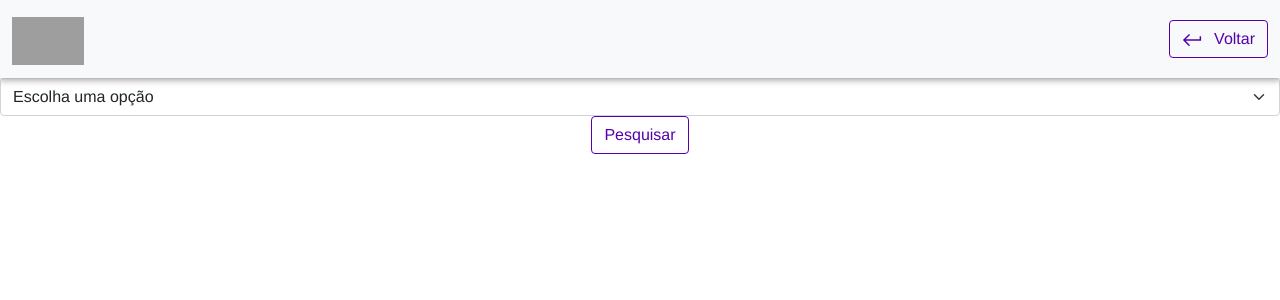
Repository: LuismGil/Countries-list
Page: /
An editor plug-in stored every save of this project. The page is shown before and after the next save, followed by the edit.
The browser window is 1280 px wide. The pictures show the whole page.
Pictures or frames that could not be fetched are drawn as grey boxes. The project was rebuilt for these pictures with package versions that can differ from the ones it lists, and the page was loaded fresh each time.

Above is the page before, as saved 2021-05-22 20:39:22.

After the next save:
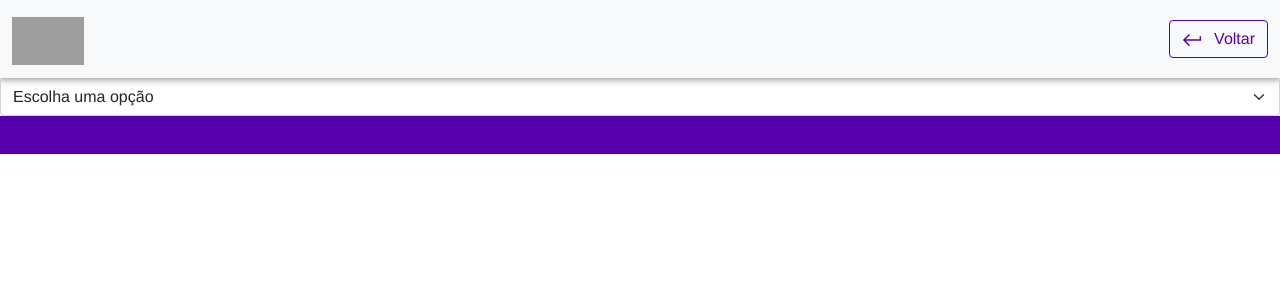
Saved 8 s later.
--- a/src/components/MvCountries.vue
+++ b/src/components/MvCountries.vue
@@ -26,7 +26,7 @@
 
 <style>
 .btn-find {
-  background-color: ;
+  background-color: #5600AB;
 }
 
 </style>

After the 3 saves that followed:
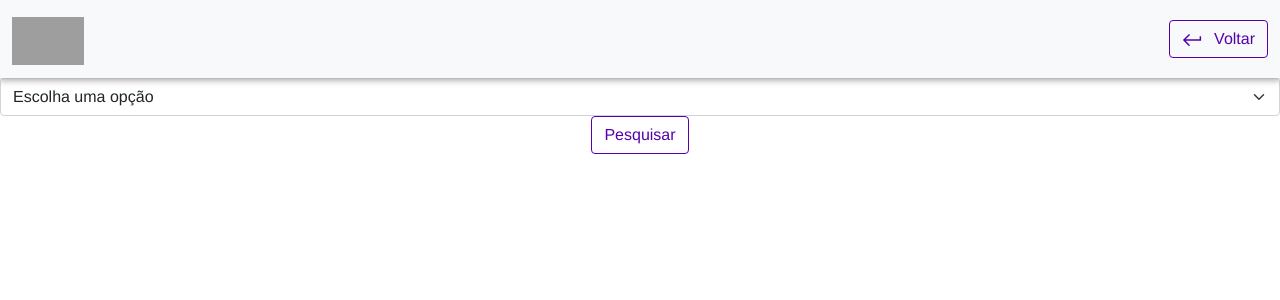
The 3 saves are shown as one change because 1 left the picture as it was and some came seconds apart.
The last was saved 73 s later.
--- a/src/components/MvCountries.vue
+++ b/src/components/MvCountries.vue
@@ -26,7 +26,8 @@
 
 <style>
 .btn-find {
-  background-color: #5600AB;
+  color: #FFF;
+
 }
 
 </style>
